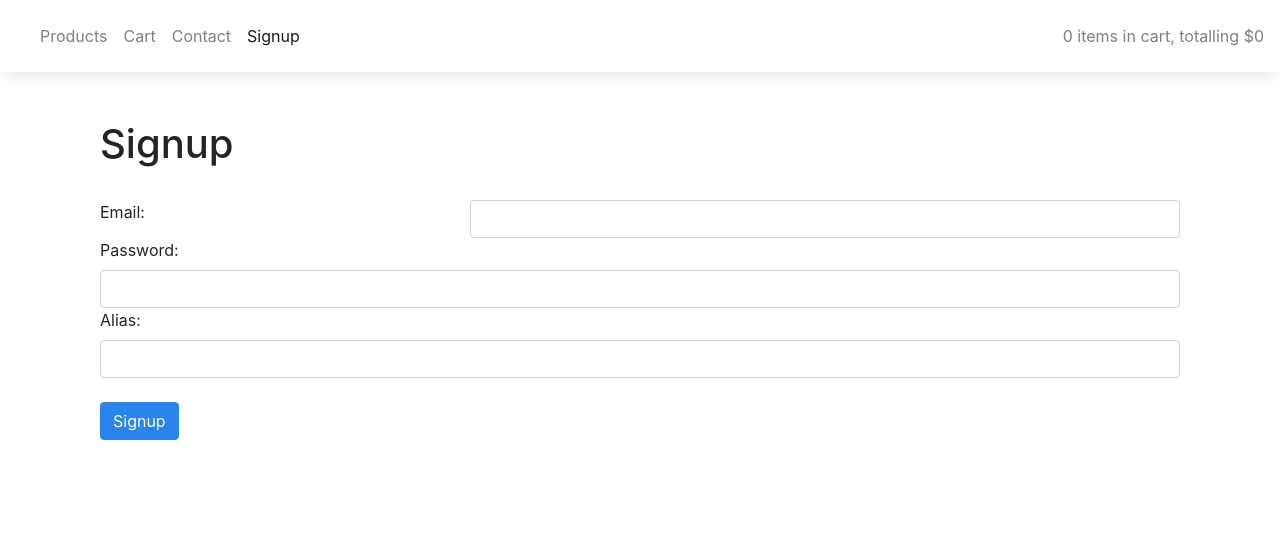
Repository: dayrim/wavecraft
Page: /signup
These files come from the project's save history. The page is drawn as it stood at one moment and after the next save; the edit follows.
The browser window is 1280 px wide. The pictures show the whole page.
The project was rebuilt for these pictures with package versions that can differ from the ones it lists, and the page was loaded fresh each time. Also part of the build but not shown: vue.config.js.

Above is the page before, as saved 2019-04-22 16:04:03.

After the next save:
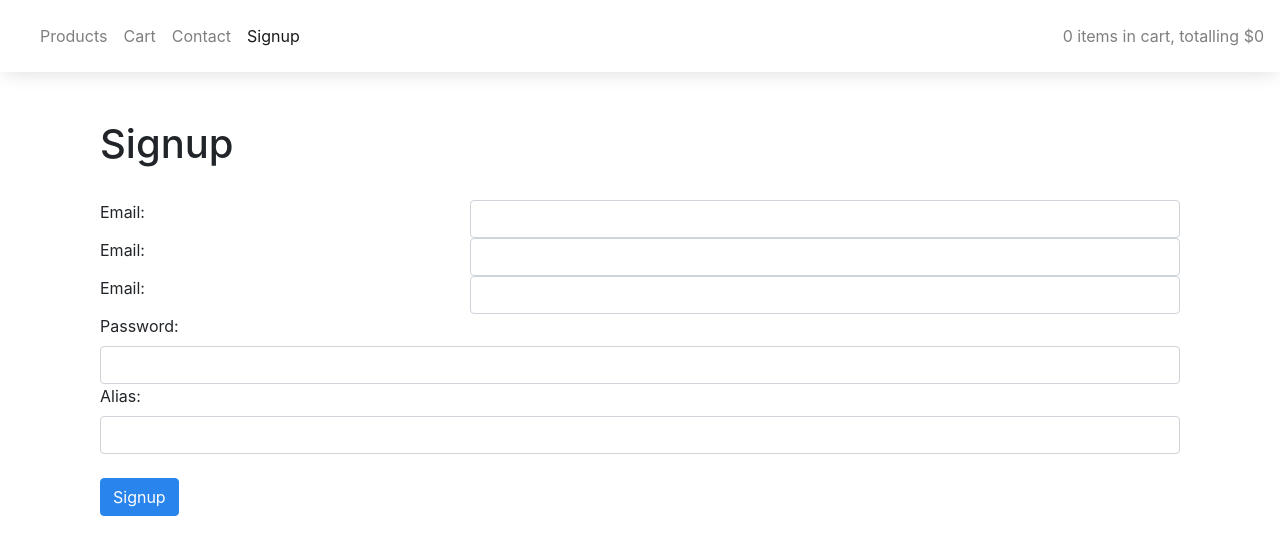
Saved 12 s later.
--- a/src/components/Signup.vue
+++ b/src/components/Signup.vue
@@ -6,7 +6,14 @@
       <b-col> <label for="email">Email:</label></b-col>
       <b-col cols="8"> <b-form-input id="email" type="text"></b-form-input></b-col>
     </b-row>
-
+    <b-row>
+      <b-col> <label for="email">Email:</label></b-col>
+      <b-col cols="8"> <b-form-input id="email" type="text"></b-form-input></b-col>
+    </b-row>
+    <b-row>
+      <b-col> <label for="email">Email:</label></b-col>
+      <b-col cols="8"> <b-form-input id="email" type="text"></b-form-input></b-col>
+    </b-row>
     <label for="password">Password:</label>
     <b-form-input id="password" type="text"></b-form-input>
     <label for="alias">Alias:</label>
